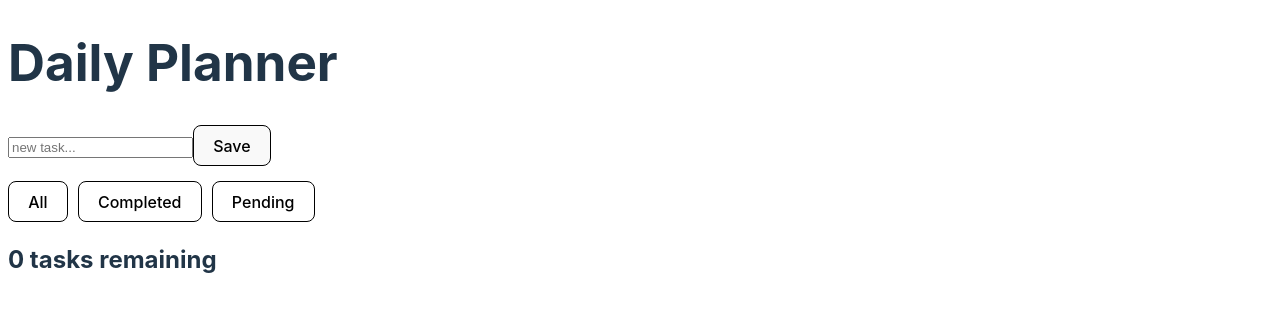
Repository: leslie179/labfour
Page: / (app in labfour/)
An editor plug-in stored every save of this project. The page is shown before and after a run of saves, followed by the edit.
The browser window is 1280 px wide. The pictures show the whole page.
The project was rebuilt for these pictures with package versions that can differ from the ones it lists, and the page was loaded fresh each time. Also part of the build but not shown: labfour/vite.config.js, labfour/src/components/Task.jsx.

Above is the page before, as saved 2024-10-27 19:50:02.

After the next 3 saves:
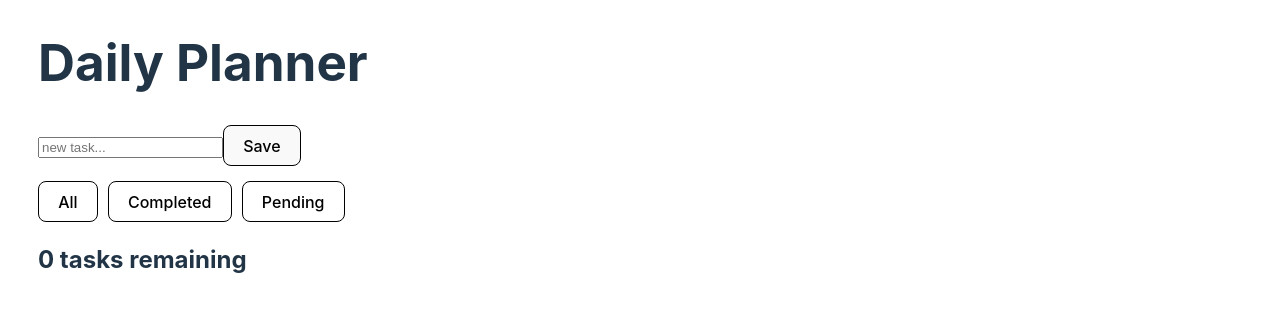
The 3 saves are shown as one change because they came seconds apart.
The last was saved 13 s later.
--- a/labfour/src/App.css
+++ b/labfour/src/App.css
@@ -43,3 +43,7 @@
   border: 1px solid black;
   background-color: white;
 }
+
+.main{
+  padding-left: 30px;
+}
